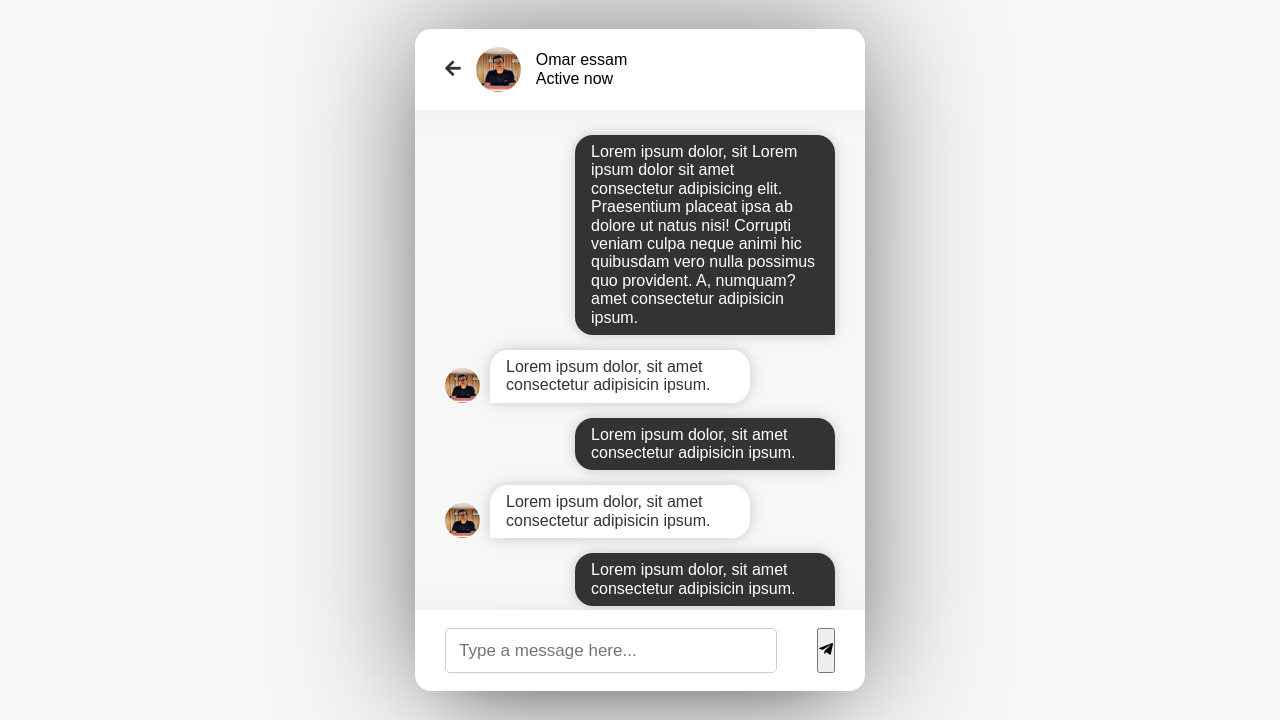
Repository: OmarEssameldinMousa/Chat-Application
Page: http://localhost/chat.php
These files come from the project's save history. The page is drawn as it stood at one moment and after the next save; the edit follows.
The browser window is 1280 px wide. The pictures show the whole page.
An inner scrolling area shows only its first screen. The page is run by PHP 8.4 with error messages shown; the project is at /var/www/html/.

Above is the page before, as saved 2023-09-23 00:50:56.

### chat.php
<!DOCTYPE html>
<html lang="en">

<head>
    <meta charset="UTF-8">
    <meta name="viewport" content="width=device-width, initial-scale=1.0">
    <title>Realtime Chat App</title>
    <link rel="stylesheet" href="css/normalize.css">
    <link rel="stylesheet" href="css/all.min.css">
    <link rel="stylesheet" href="css/style.css">
</head>

<body>
    <div class="wrapper">
        <section class="chat-area">
            <header>
                <a href="" class="back-icon"><i class="fas fa-arrow-left"></i></a>
                <img src="images/124374760.jpg" alt="">
                <div class="details">
                    <span>Omar essam</span>
                    <p>Active now</p>
                </div>
            </header>

            <div class="chat-box">

                <div class="chat outgoing">
                    <div class="details">
                        <p>Lorem ipsum dolor, sit Lorem ipsum dolor sit amet consectetur adipisicing elit. Praesentium
                            placeat ipsa ab dolore ut natus nisi! Corrupti veniam culpa neque animi hic quibusdam vero
                            nulla possimus quo provident. A, numquam? amet consectetur adipisicin ipsum.</p>
                    </div>
                </div>

                <div class="chat incoming">
                    <img src="images/124374760.jpg" alt="">
                    <div class="details">
                        <p>Lorem ipsum dolor, sit amet consectetur adipisicin ipsum.</p>
                    </div>
                </div>


                <div class="chat outgoing">
                    <div class="details">
                        <p>Lorem ipsum dolor, sit amet consectetur adipisicin ipsum.</p>
                    </div>
                </div>

                <div class="chat incoming">
                    <img src="images/124374760.jpg" alt="">
                    <div class="details">
                        <p>Lorem ipsum dolor, sit amet consectetur adipisicin ipsum.</p>
                    </div>
                </div>


                <div class="chat outgoing">
                    <div class="details">
                        <p>Lorem ipsum dolor, sit amet consectetur adipisicin ipsum.</p>
                    </div>
                </div>

                <div class="chat incoming">
                    <img src="images/124374760.jpg" alt="">
                    <div class="details">
                        <p>Lorem ipsum dolor, sit amet consectetur adipisicin ipsum. Lorem ipsum dolor sit amet
                            consectetur adipisicing elit. At et voluptatem eaque voluptatum expedita delectus molestiae
                            est quidem consequatur numquam, corrupti, quis veritatis neque accusamus maiores explicabo
                            laboriosam sunt! Eaque?</p>
                    </div>
                </div>


                <div class="chat outgoing">
                    <div class="details">
                        <p>Lorem ipsum dolor, sit amet consectetur adipisicin ipsum.</p>
                    </div>
                </div>

                <div class="chat incoming">
                    <img src="images/124374760.jpg" alt="">
                    <div class="details">
                        <p>Lorem ipsum dolor, sit amet consectetur adipisicin ipsum.</p>
                    </div>
                </div>


                <div class="chat outgoing">
                    <div class="details">
                        <p>Lorem ipsum dolor, sit amet consectetur adipisicin ipsum.</p>
                    </div>
                </div>

                <div class="chat incoming">
                    <img src="images/124374760.jpg" alt="">
                    <div class="details">
                        <p>Lorem ipsum dolor, sit amet consectetur adipisicin ipsum.</p>
                    </div>
                </div>


            </div>

            <form action="" class="typing-area">
                <input type="text" placeholder="Type a message here...">
                <button><i class="fab fa-telegram-plane"></i></button>
            </form>
        </section>
    </div>
</body>

</html>

### css/style.css
* {
    margin: 0;
    padding: 0;
    box-sizing: border-box;
    text-decoration: none;
    font-family: 'Poppins', sans-serif;
}


body {
    display: flex;
    align-items: center;
    justify-content: center;
    min-height: 100vh;
    background: #f7f7f7;
}

.wrapper {
    background: #fff;
    width: 450px;
    border-radius: 16px;
    box-shadow: 0 0 128px 0 rgba(0, 0, 0, 0.5), 0 32px 64px -48px rgba(0, 0, 0, 0.5);
}

/* Signup Form*/
.form {
    padding: 25px 30px;
}

.form header {
    font-size: 25px;
    font-weight: 600;
    padding-bottom: 10px;
    border-bottom: 1px solid #e6e6e6;
}

.form form {
    margin: 20px 0;
}

.form form .error-txt {
    color: #721c24;
    background: #f8d7da;
    padding: 8px 10px;
    text-align: center;
    border-radius: 5px;
    margin-bottom: 10px;
    border: 1px solid #f5c6cb
}

.form form .name-details {
    display: flex;
}

form .name-details .field:first-child {
    margin-right: 10px;
}

form .name-details .field:last-child {
    margin-left: 10px;
}

.form form .field {
    display: flex;
    flex-direction: column;
    margin-bottom: 10px;
    position: relative;
}

.form form .field label {
    margin-bottom: 2px;
}


.form form .input input {
    outline: none;
}


.form form .input input {
    height: 40px;
    width: 100%;
    font-size: 16px;
    padding: 0 10px;
    border: 1px solid #ccc;
    border-radius: 5px;
}

.form form .image input {
    font-size: 17px;
}

.form form .button input {
    margin-top: 13px;
    height: 45px;
    border: none;
    font-size: 17px;
    font-weight: 500px;
    background: #333;
    color: #fff;
    border-radius: 5px;
    cursor: pointer;
}

.form form .field i {
    position: absolute;
    right: 15px;
    top: 70%;
    transform: translateY(-50%);
    cursor: pointer;
    color: #ccc;
}

.form .link {
    text-align: cetner;
    margin: 10px 0;
    font-size: 17px;
}

.form .link a {
    color: #333;
}

.form .link a:hover {
    text-decoration: underline;
}

.users {
    padding: 25px 30px;
}

.users header,
.users-list a {
    display: flex;
    align-items: center;
    justify-content: center;
    justify-content: space-between;
    border-bottom: 1px solid #e6e6e6;
    padding-bottom: 15px;

}

.wrapper img {
    object-fit: cover;
    border-radius: 50%;
}

:is(.users, .users-list) .content {
    display: flex;
    align-items: center;
}

.users header .content img {
    height: 50px;
    width: 50px;
}


:is(.users, .users-list) .details {
    color: #000;
    margin-left: 15px;
}

:is(.users, .users-list) .details span {
    font-size: 18px;
    font-weight: 500px;
}

.users header .Logout {
    color: #fff;
    padding: 7px 15px;
    background: #333;
    border-radius: 5px;
    font-size: 17px;
}

.users .search {
    margin: 20px 0;
    display: flex;
    justify-content: space-between;
    align-items: center;
    position: relative;
}

.users .search .text {
    font-size: 18px;
}

.users .search input {
    position: absolute;
    height: 43px;
    width: calc(100% - 50px);
    border: 1px solid #ccc;
    padding: 0 13px;
    font-size: 16px;
    border-radius: 5px;
    outline: none;
}

.users .search button {
    width: 47px;
    height: 43px;
    border: none;
    outline: none;
    color: #fff;
    background-color: #333;
    border-radius: 0 5px 5px 0;
    cursor: pointer;
    font-size: 17px;
}

.users-list {
    max-height: 350px;
    overflow-y: auto;
}

:is(.users-list, .chat-box)::-webkit-scrollbar {
    width: 0px;
}


.users-list a {
    padding-right: 10px;
    padding-bottom: 10px;
    margin-bottom: 10px;
    border-bottom-color: #f1f1f1;
}

.users-list a:last-child {
    border: none;
    margin-bottom: 0px;
}

.users-list a .content img {
    height: 40px;
    width: 40px;
}


.users header .content p {
    color: #67676a;
}

.users-list a .status-dot {
    font-size: 12px;
    color: #67676a;
}

/* to use the online status */
.users-list a .status-dot.offline {
    font-size: 12px;
    color: #468669;
}


/* Chat Area CSS style */

.chat-area header {
    display: flex;
    align-items: center;
    padding: 18px 30px;
}

.chat-area header .back-icon {
    font-size: 18px;
    color: #333;
}

.chat-area header img {
    height: 45px;
    width: 45px;
    margin: 0 15px;
}


.chat-area header span {
    font-size: 17x;
    font-weight: 500;
}

.chat-box {
    height: 500px;
    background-color: #f7f7f7;
    padding: 10px 30px 20px 30px;
    box-shadow: inset 0 32px 32px -32px rgb(0 0 0/ 5%),
        inset 0 -32px 32px -32px rgb(0 0 0/ 5%);
    overflow-y: auto;
}

.chat-box .chat {
    margin: 15px 0;
}

.chat-box .chat p {
    word-wrap: break-word;
    padding: 8px 16px;
    box-shadow: 0px 0px 12px 0px rgba(0, 0, 0, 10%), 0px 0px 20px 0px rgb(0 0 0 / 10%);
}

.chat-box .outgoing {
    display: flex;
}

.outgoing .details {
    margin-left: auto;
    max-width: calc(100% - 130px);
    /* margin-bottom: 15px; */
}

.outgoing .details p {
    border-radius: 18px 18px 0 18px;
    background-color: #333;
    color: #fff;
}


.chat-box .incoming {
    display: flex;
    align-items: flex-end;
}

.chat-box .incoming img {
    height: 35px;
    width: 35px;
}

.incoming .details {
    margin-left: 10px;
    margin-right: auto;
    max-width: calc(100% - 130px);
}

.incoming .details p {
    background-color: #fff;
    align-items: center;
    color: #333;
    border-radius: 18px 18px 18px 0;
}

.chat-area .typing-area {
    padding: 18px 30px;
    display: flex;
    justify-content: space-between;
}

.typing-area input {
    height: 45px;
    width: calc(100% - 58px);
    font-size: 17px;
    border: 1px solid #ccc;
    padding: 0 13px;
    border-radius: 5px;
    outline: none;
}

Loaded but not shown: css/normalize.css (library); css/all.min.css (library)

After the next save:
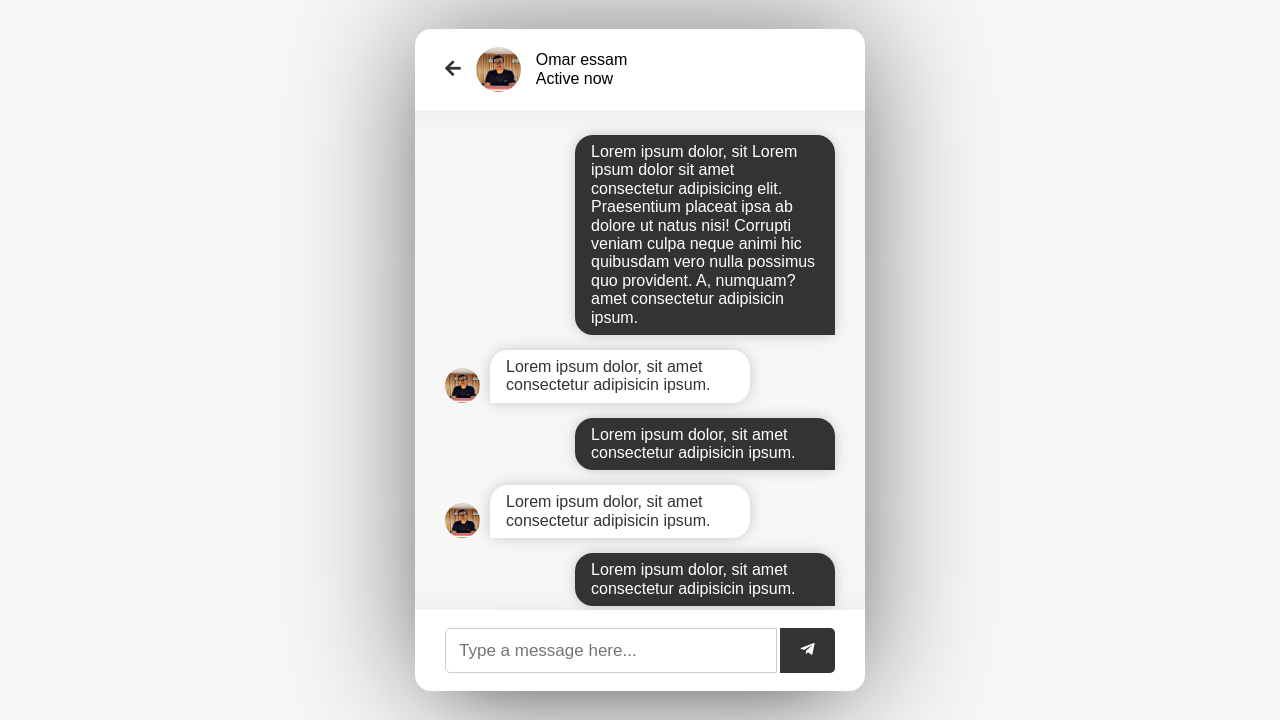
Saved 4 min 57 s later.
--- a/css/style.css
+++ b/css/style.css
@@ -349,6 +349,16 @@ form .name-details .field:last-child {
     font-size: 17px;
     border: 1px solid #ccc;
     padding: 0 13px;
-    border-radius: 5px;
-    outline: none;
-}
+    border-radius: 5px 0 0 5px;
+    outline: none;
+}
+
+.typing-area button {
+    width: 55px;
+    border: none;
+    outline: none;
+    border-radius: 0 5px 5px 0;
+    background-color: #333;
+    color: #fff;
+    cursor: pointer;
+}
